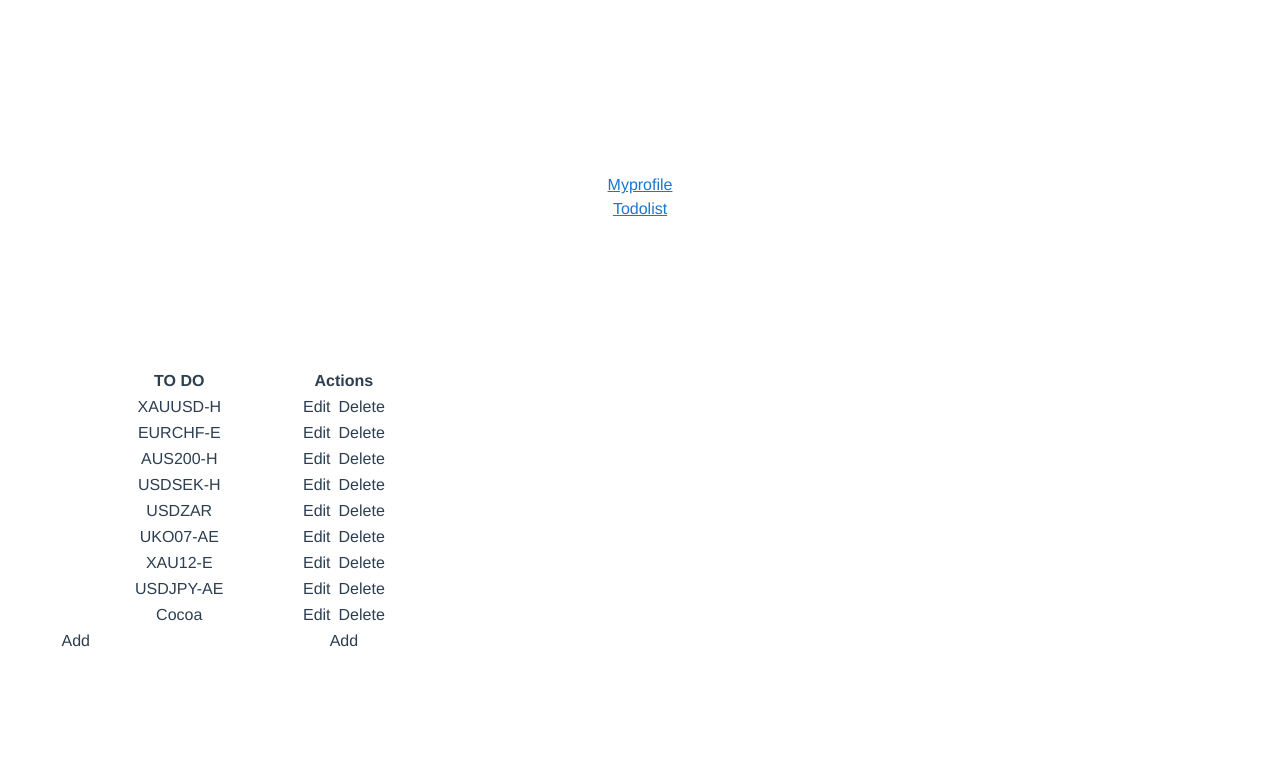
Repository: Shanshan67/todolist
Page: /#/todolist
The author's editor kept a copy of each file at every save. The page is drawn from the files as they stood at one save, then again after the next save.
The browser window is 1280 px wide. The pictures show the whole page.
The project was rebuilt for these pictures with package versions that can differ from the ones it lists, and the page was loaded fresh each time. Requests to the local data server were answered from the project's data file. Also part of the build but not shown: src/pages/Dashboard.vue, src/components/Search.vue, src/components/List.vue, src/pages/Myprofile.vue.

Above is the page before, as saved 2022-07-20 18:47:34.

After the next save:
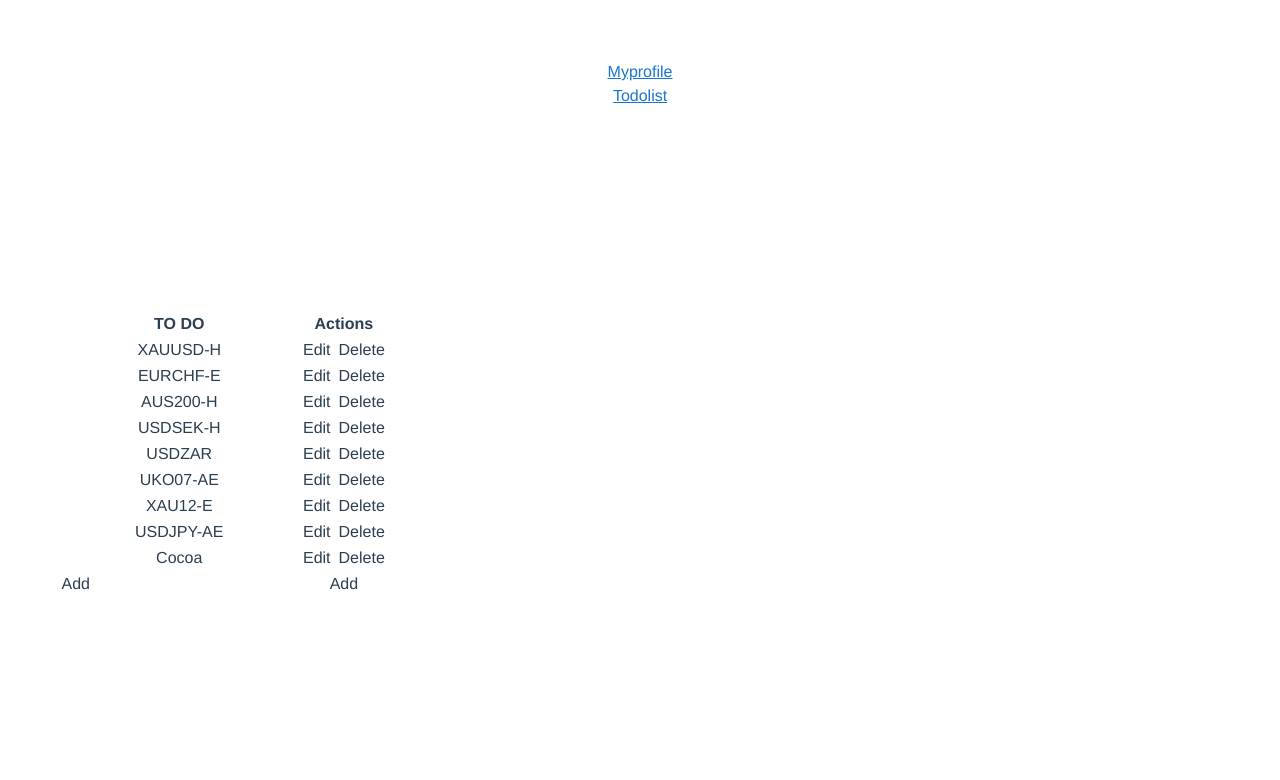
Saved 6 min 26 s later.
--- a/src/App.vue
+++ b/src/App.vue
@@ -1,8 +1,8 @@
 <template>
   <v-app>
-    <v-main>
+    <div>
       <HelloWorld/>
-    </v-main>
+    </div>
     <v-content>
       <router-link to="/profile">Myprofile</router-link>
       <v-spacer></v-spacer>
